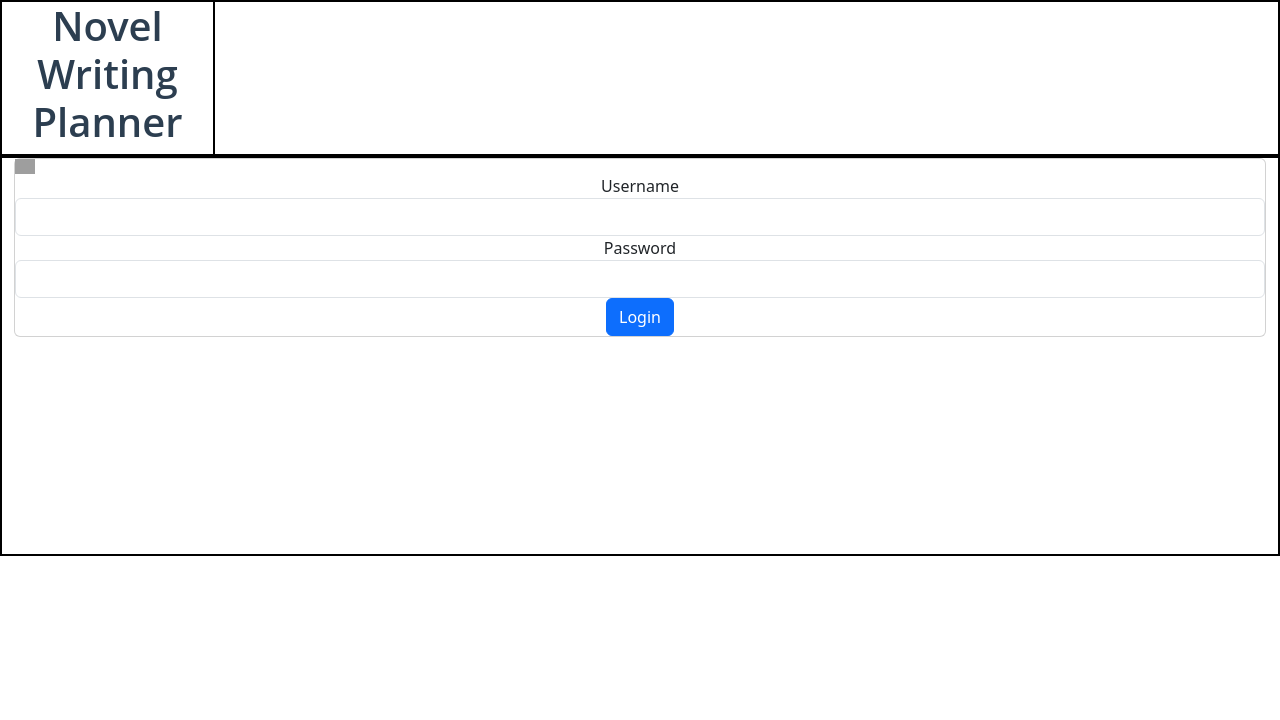
Repository: GossipCoco/RallyeBookV2
Page: /login
These files come from the project's save history. The page is drawn as it stood at one moment and after the next save; the edit follows.
The browser window is 1280 px wide. The pictures show the whole page.
Pictures or frames that could not be fetched are drawn as grey boxes. The project was rebuilt for these pictures with package versions that can differ from the ones it lists, and the page was loaded fresh each time. Also part of the build but not shown: vue.config.js, src/Services/auth-header.js, src/Services/user.service.js, src/components/PageComponent/Home.vue.

Above is the page before, as saved 2023-12-11 15:34:27.

After the next save:
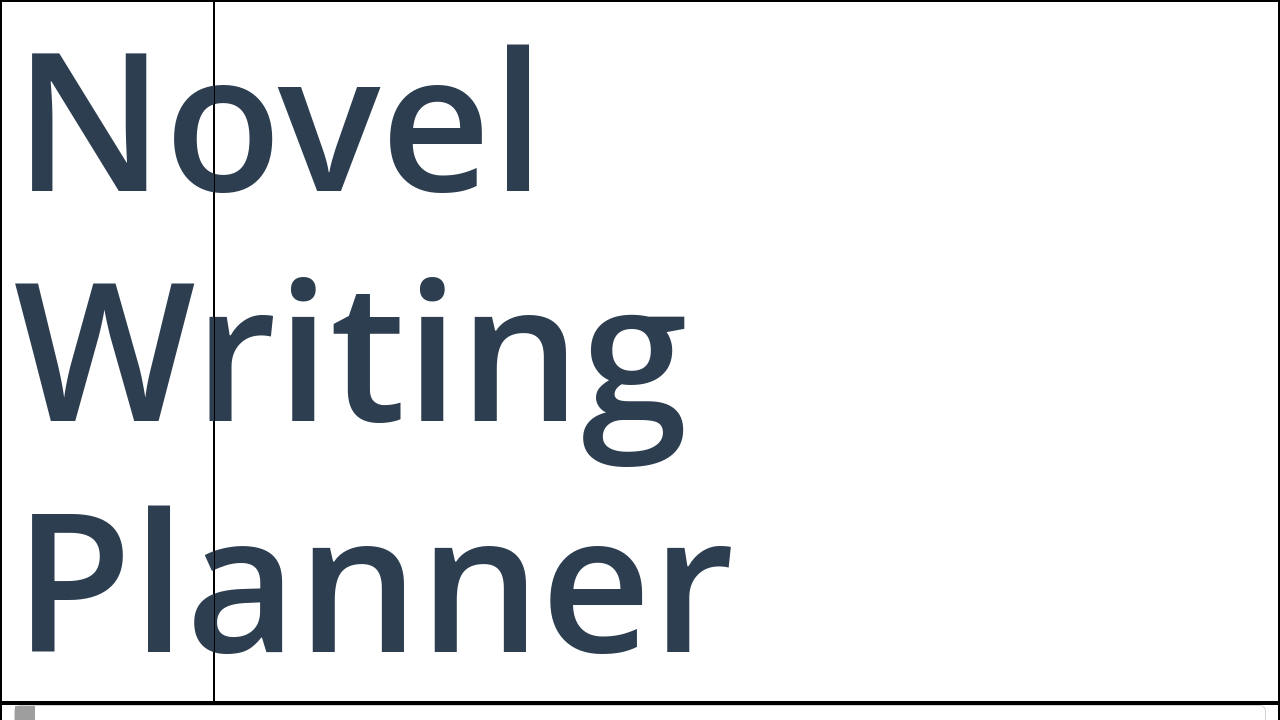
Saved 32 s later.
--- a/src/assets/css/Layout.css
+++ b/src/assets/css/Layout.css
@@ -22,7 +22,9 @@ body {
 h1{
     font-family: var(--opensans-text);
     font-weight: 600;
+    font-size: 12rem;
 }
-.row, .col, .col-1, .col-2, .col-3, .col-4, .col-5, .col-6, .col-7, .col-8, .col-9, .col-10, .col-11, .col-12{
+.row, .col,
+.col-1, .col-2, .col-3, .col-4, .col-5, .col-6, .col-7, .col-8, .col-9, .col-10, .col-11, .col-12{
     border: 1px solid rgba(var(--main-black), 1);
 }
